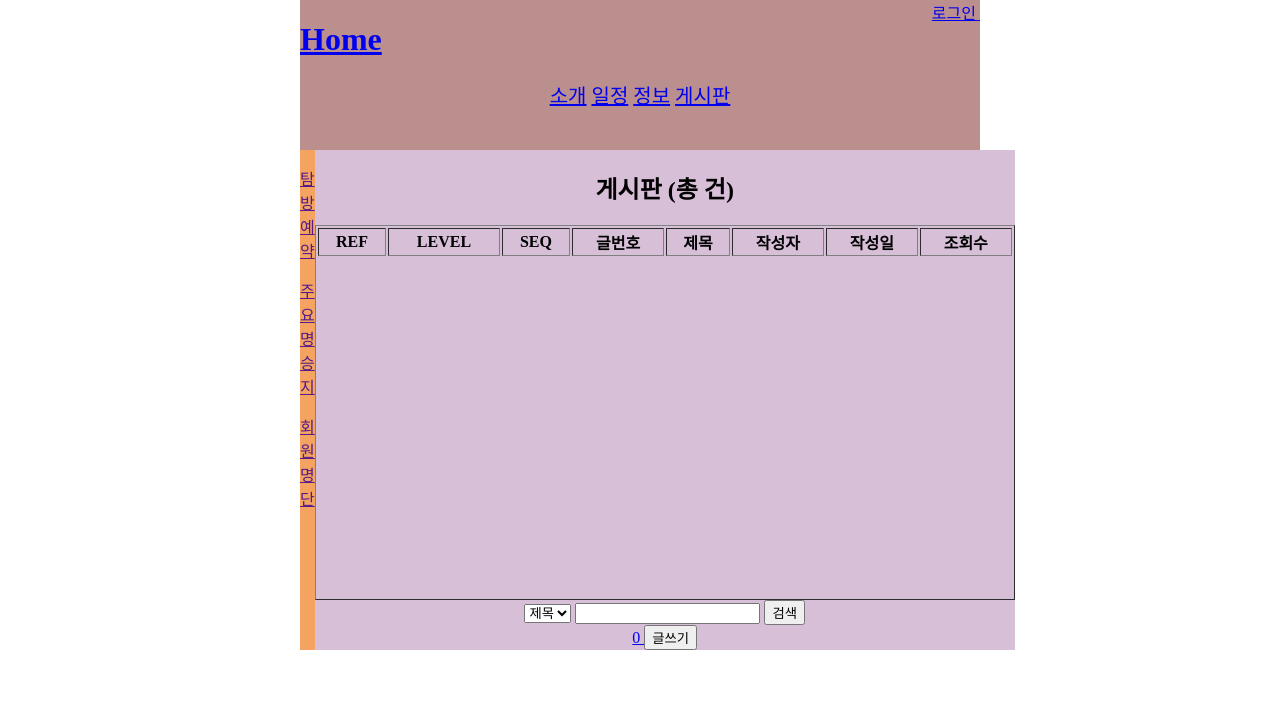
Repository: dlscjq34/JSP_historyTour
Page: http://localhost/HistoryTour/WEB-INF/views/ticketing/board.jsp
An editor plug-in stored every save of this project. The page is shown before and after the next save, followed by the edit.
The browser window is 1280 px wide. The pictures show the whole page.
The page is served by Tomcat 9. Nobody is signed in. The template is opened directly, without the code that normally fills it, so the values that code supplies are empty.

Above is the page before, as saved 2020-12-21 04:50:40.

After the next save:
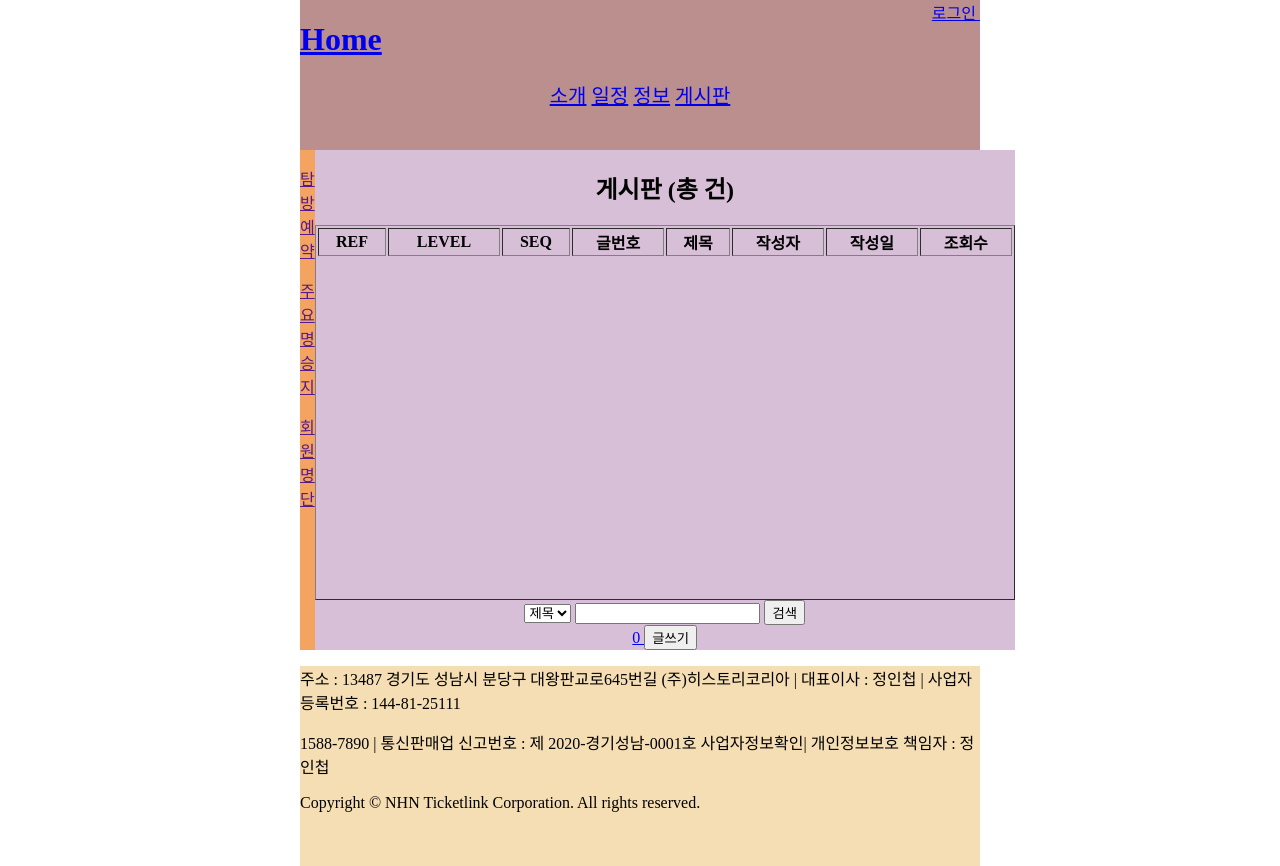
Saved 4 min 9 s later.
--- a/HistoryTour/WebContent/WEB-INF/views/ticketing/board.jsp
+++ b/HistoryTour/WebContent/WEB-INF/views/ticketing/board.jsp
@@ -97,7 +97,7 @@
 
 
     <!-- <footer> -->
-    <%-- <jsp:include page="/WEB-INF/views/include/footer.jsp" /> --%>
+    <jsp:include page="/WEB-INF/views/include/footer.jsp" />
 
 
 </body>
